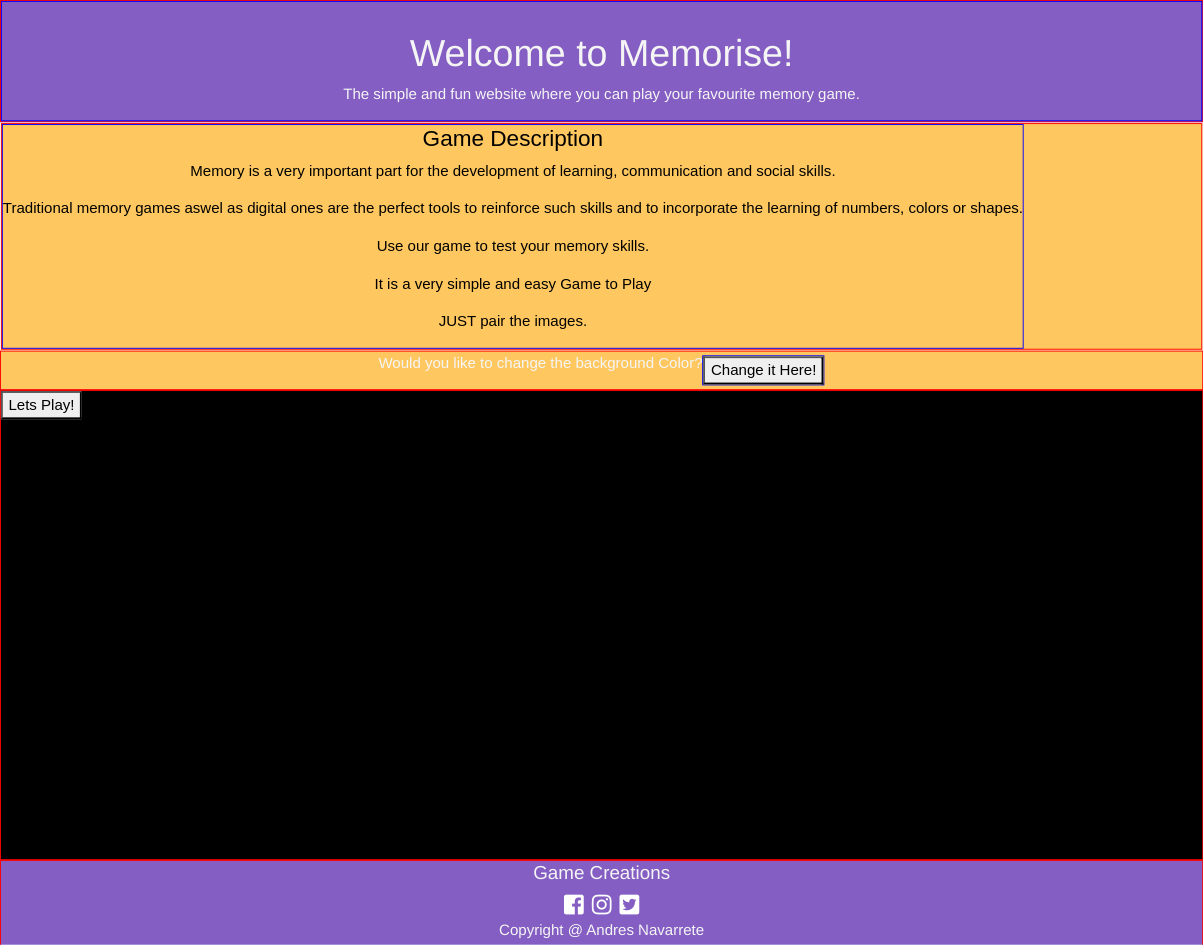
Repository: andna5980/memorise
Page: index.html
The author's editor kept a copy of each file at every save. The page is drawn from the files as they stood at one save, then again after the next save.
The browser window is 1280 px wide. The pictures show the whole page, at 94% of full size.
Some web fonts or font styles are not loaded; a fallback is used. Some web libraries are served in a nearby version.

Above is the page before, as saved 2021-04-27 18:42:38.

After the next save:
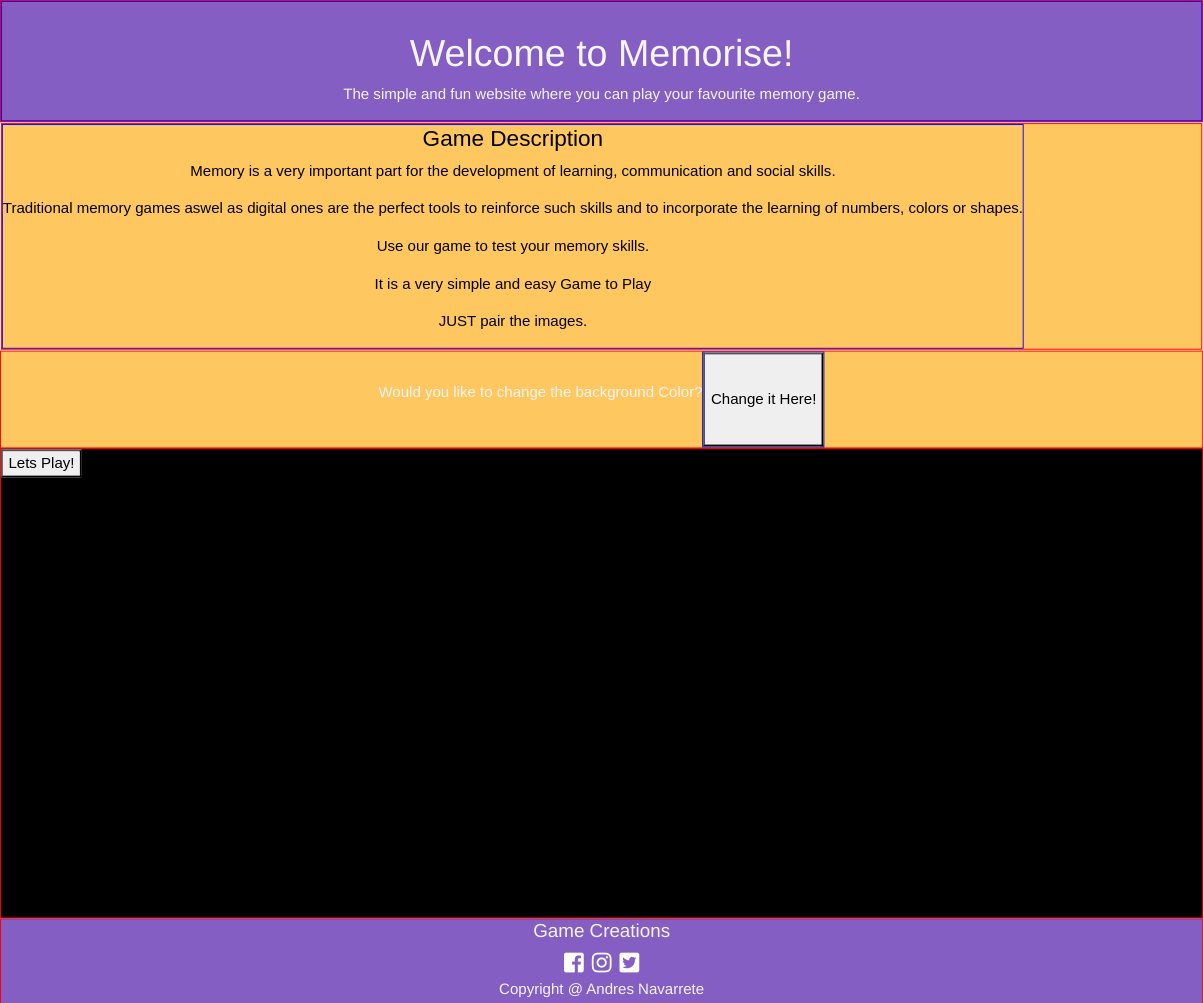
Saved 35 s later.
--- a/assets/styles/style.css
+++ b/assets/styles/style.css
@@ -44,7 +44,7 @@
 #changecolor {
  margin: auto;
  /*margin-left: 35%;*/
- height: auto;
+ height: 100px;
 }
 
 

After the save that followed:
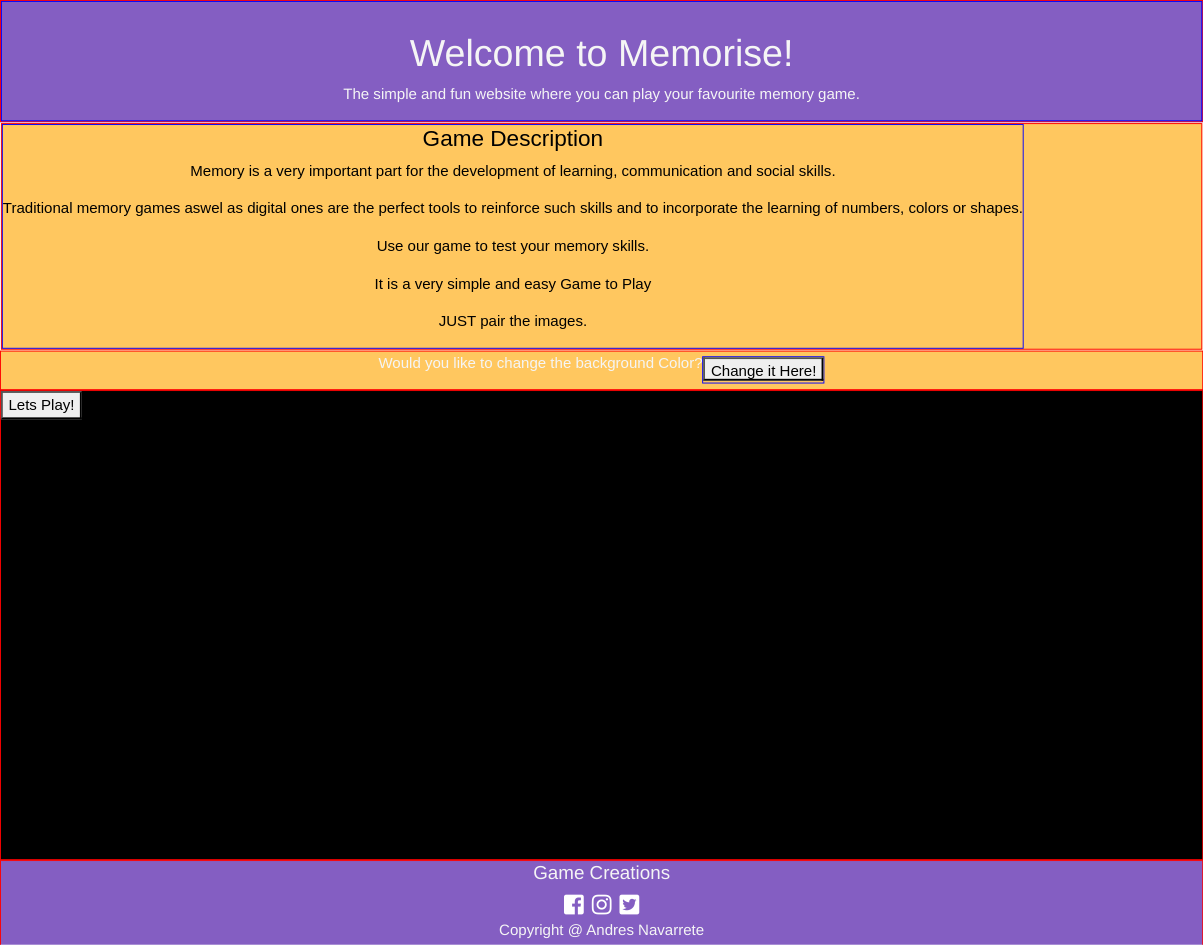
Saved 23 s later.
--- a/assets/styles/style.css
+++ b/assets/styles/style.css
@@ -44,7 +44,7 @@
 #changecolor {
  margin: auto;
  /*margin-left: 35%;*/
- height: 100px;
+ height: 25px;
 }
 
 
